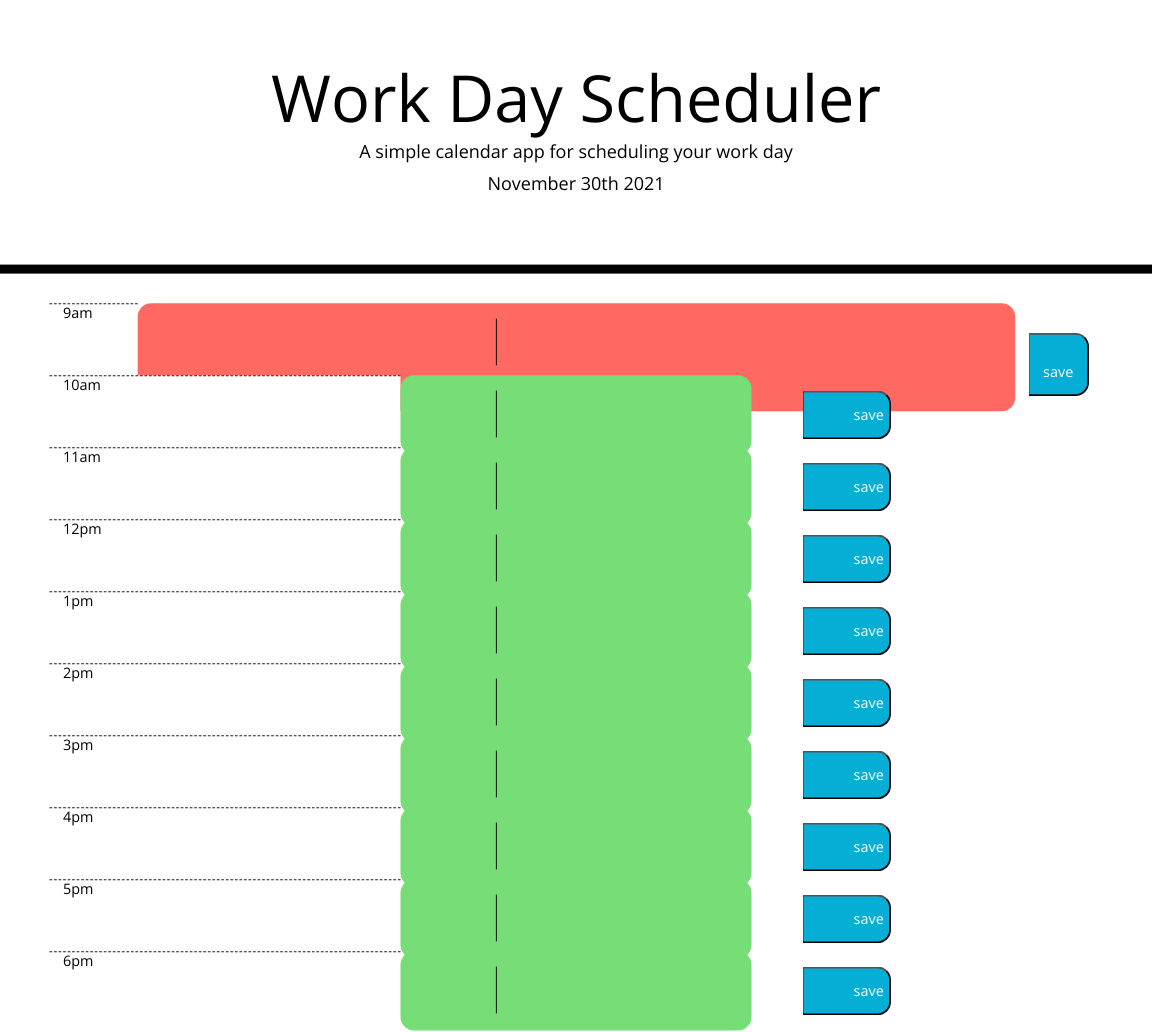
Repository: Naomilounsbury/work-day-scheduler
Page: index.html
These files come from the project's save history. The page is drawn as it stood at one moment and after the next save; the edit follows.
The browser window is 1280 px wide. The pictures show the whole page, at 90% of full size.
Some web libraries are served in a nearby version.

Above is the page before, as saved 2021-12-04 13:25:11.

After the next save:
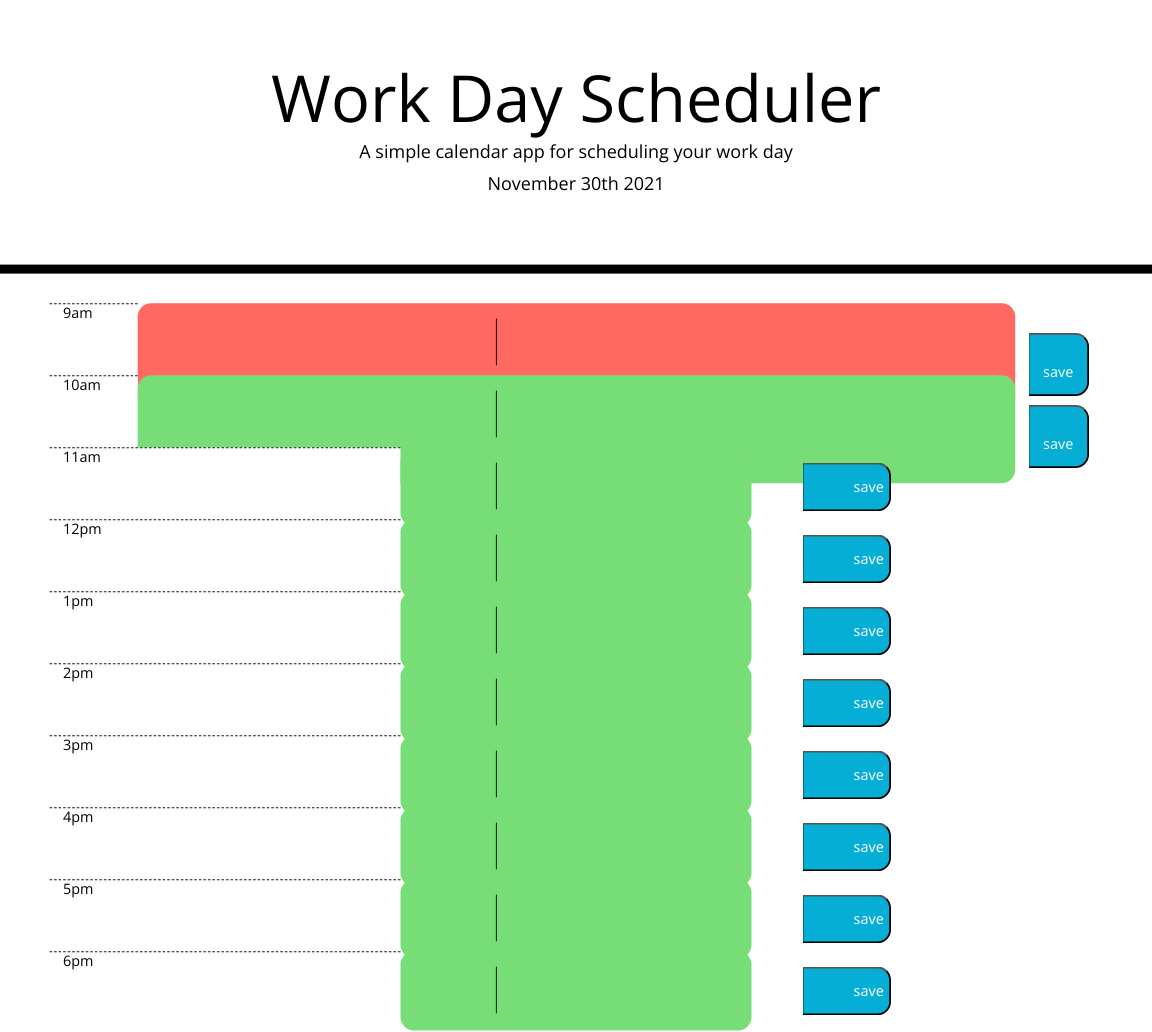
Saved 10 min 37 s later.
--- a/index.html
+++ b/index.html
@@ -35,12 +35,12 @@
         </td>
       </tr>
       <tr class="row">
-        <td class="hour col">10am</td>
-        <td class="time-block col" id="10">
+        <td class="hour col-lg-1">10am</td>
+        <td class="time-block col-lg-10" id="10">
           <textarea id="btn10">
             </textarea>
         </td>
-        <td class="col">
+        <td class="col-lg-1">
           <button class="saveBtn" value="10">
             save
           </button>
